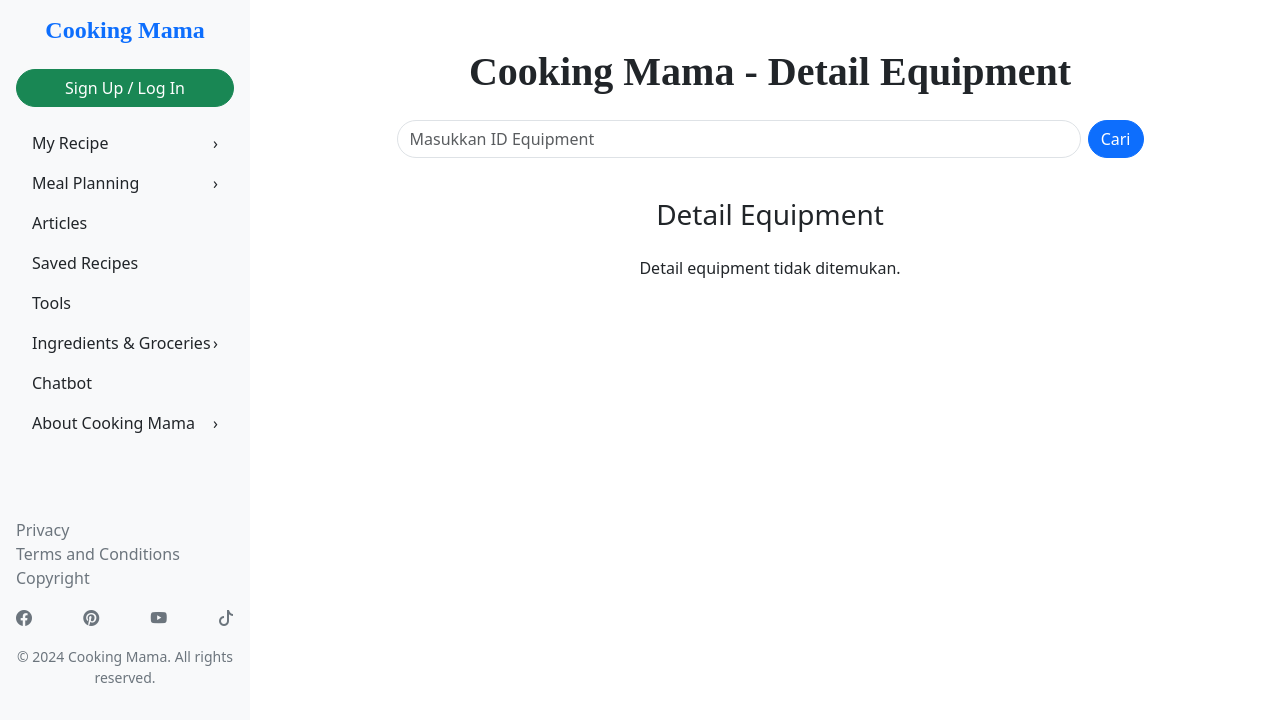
Repository: julius2510/UAS_Frontend_Kelompok10
Page: views/Tools.html
These files come from the project's save history. The page is drawn as it stood at one moment and after a run of saves; the edit follows.
The browser window is 1280 px wide. The pictures show the whole page.
The page's requests for data from a server got no answer.

Above is the page before, as saved 2024-11-28 06:18:52.
Console error: TypeError: Cannot read properties of null (reading 'addEventListener')

### views/Tools.html
<!DOCTYPE html>
<html lang="en">
<head>
  <meta charset="UTF-8">
  <meta name="viewport" content="width=device-width, initial-scale=1.0">
  <title>Tools</title>
  <link href="https://cdn.jsdelivr.net/npm/bootstrap@5.3.0/dist/css/bootstrap.min.css" rel="stylesheet">
  <link href="https://cdn.jsdelivr.net/npm/bootstrap-icons/font/bootstrap-icons.css" rel="stylesheet">
</head>
<body>
  <div class="d-flex">
    <!-- Sidebar Navbar -->
    <nav class="bg-light p-3 d-flex flex-column justify-content-between" style="width: 250px; height: 100vh; position: fixed; top: 0; left: 0; overflow-y: auto;">
      <!-- Header -->
      <div>
        <a href="/" style="text-decoration: none;">
          <h2 class="fs-4 fw-bold text-primary text-center" style="font-family: cursive;">Cooking Mama</h2>
        </a>
        <a href="/loginin" style="text-decoration: none;">
          <button class="btn btn-success w-100 rounded-pill my-3">Sign Up / Log In</button>
        </a>
        <ul class="nav flex-column">
          <!-- Search Recipe -->
          <li class="nav-item">
            <a class="nav-link text-dark" data-bs-toggle="collapse" href="#myRecipe" role="button" aria-expanded="false" aria-controls="myRecipe">
              My Recipe <span class="float-end">&rsaquo;</span>
            </a>
            <div class="collapse" id="myRecipe">
              <ul class="list-unstyled ps-3">
                <li><a href="/addRecipes" class="nav-link text-secondary">Add Recipe</a></li>
                <li><a href="/searchrecipes" class="nav-link text-secondary">Search Recipe</a></li>
              </ul>
            </div>
          </li>
       <!-- Meal Planning -->
       <li class="nav-item">
        <a class="nav-link text-dark" data-bs-toggle="collapse" href="#collapseMealPlanning" role="button" aria-expanded="false" aria-controls="collapseMealPlanning">
          Meal Planning <span class="float-end">&rsaquo;</span>
        </a>
        <div class="collapse" id="collapseMealPlanning">
          <ul class="list-unstyled ps-3">
            <li><a href="/mealPlanDay" class="nav-link text-secondary">Get Meal Plan Day</a></li>
            <li><a href="/mealPlanWeek" class="nav-link text-secondary">Get Meal Plan Week</a></li>
            <li><a href="/generateMeal" class="nav-link text-secondary">Generate a Meal Plan</a></li>
          </ul>
        </div>
      </li>
          <!-- Articles -->
          <li class="nav-item">
            <a href="/article" class="nav-link text-dark">Articles <span class="float-end"></span></a>
          </li>
          <!-- Saved Recipes -->
          <li class="nav-item">
            <a href="/resep" class="nav-link text-dark">Saved Recipes <span class="float-end"></span></a>
          </li>
          <!-- More Tools -->
          <li class="nav-item">
            <a href="/Tools" class="nav-link text-dark">Tools <span class="float-end"></span></a>
          </li>

          <!-- Ingridients and Tools -->
          <li class="nav-item">
            <a class="nav-link text-dark" data-bs-toggle="collapse" href="#IntAndPro" role="button" aria-expanded="false" aria-controls="IntAndPro">
              Ingredients & Groceries <span class="float-end">&rsaquo;</span>
            </a>
            <div class="collapse" id="IntAndPro">
              <ul class="list-unstyled ps-3">
                <li><a href="/searchIngredients" class="nav-link text-secondary">Search Ingredients</a></li>
                <li><a href="/searchProducts" class="nav-link text-secondary">Search Grocery Products</a></li>
              </ul>
            </div>
          </li>

         <!-- Chatbot -->
         <li class="nav-item">
          <a href="/Chatbot" class="nav-link text-dark">Chatbot <span class="float-end"></span></a>
        </li>

          <li class="nav-item">
            <a class="nav-link text-dark" data-bs-toggle="collapse" href="#collapseAbout" role="button" aria-expanded="false" aria-controls="collapseTools">
              About Cooking Mama <span class="float-end">&rsaquo;</span>
            </a>
            <div class="collapse" id="collapseAbout">
              <ul class="list-unstyled ps-3">
                <li><a href="/about#about" class="nav-link text-secondary">About Us</a></li>
                <li><a href="/about#contact" class="nav-link text-secondary">Contact Us</a></li>
                <li><a href="/about#faq" class="nav-link text-secondary">FAQ</a></li>
              </ul>
            </div>
          </li>
        </ul>
      </div>

      <!-- Footer -->
      <div>
        <ul class="list-unstyled">
          <li><a href="#" class="nav-link text-secondary">Privacy</a></li>
          <li><a href="#" class="nav-link text-secondary">Terms and Conditions</a></li>
          <li><a href="#" class="nav-link text-secondary">Copyright</a></li>
        </ul>
        <div class="d-flex justify-content-between mt-3">
          <a href="#" class="text-secondary"><i class="bi bi-facebook"></i></a>
          <a href="#" class="text-secondary"><i class="bi bi-pinterest"></i></a>
          <a href="#" class="text-secondary"><i class="bi bi-youtube"></i></a>
          <a href="#" class="text-secondary"><i class="bi bi-tiktok"></i></a>
        </div>
        <p class="text-secondary mt-3 text-center small">© 2024 Cooking Mama. All rights reserved.</p>
      </div>
    </nav>

    <div class="container mt-5" style="margin-left: 260px;">
        <h1 class="text-center mb-4 fs-1 fw-bold" style="font-family: cursive;">Cooking Mama - Detail Equipment</h1>
        <div class="d-flex justify-content-center">
          <form id="searchEquipmentForm" class="d-flex flex-column w-75">
            <div class="input-group mb-3">
              <input type="number" id="equipmentId" class="form-control me-2 rounded-pill" placeholder="Masukkan ID Equipment">
              <button type="submit" class="btn btn-primary rounded-pill">Cari</button>
            </div>
          </form>
        </div>
        <h3 class="text-center mt-4">Detail Equipment</h3>
        <div id="equipmentResult" class="mt-4 text-center"></div>
      </div>



<script>
const apiKey = '50868189a1fb41c5b8276487a99412ac';
const searchEquipmentForm = document.getElementById('searchEquipmentForm');
const equipmentResultDiv = document.getElementById('equipmentResult');

// Fungsi untuk mendapatkan daftar equipment
async function getDefaultEquipments(number = 6) {
    const apiUrl = `https://api.spoonacular.com/food/products/search?apiKey=${apiKey}&number=${number}`;
    try {
        const response = await fetch(apiUrl);
        const data = await response.json();
        return data.products; // Kembalikan array equipment
    } catch (error) {
        console.error('Error fetching default equipment:', error);
        equipmentResultDiv.innerHTML = `<p class="text-danger">Terjadi kesalahan saat mengambil data default equipment.</p>`;
    }
}

// Fungsi untuk mendapatkan detail equipment berdasarkan ID
async function getEquipmentById(id) {
  const apiUrl = `https://api.spoonacular.com/food/products/${id}?apiKey=${apiKey}`;
  try {
    const response = await fetch(apiUrl);
    if (!response.ok) throw new Error('Equipment tidak ditemukan');
    const data = await response.json();
    return data; // Kembalikan detail equipment
  } catch (error) {
    console.error('Error fetching equipment:', error);
    equipmentResultDiv.innerHTML = `<p class="text-danger">Terjadi kesalahan: ${error.message}</p>`;
  }
}

// Fungsi untuk menampilkan detail equipment
function displayEquipments(equipments) {
    equipmentResultDiv.innerHTML = '';
    if (!equipments || equipments.length === 0) {
        equipmentResultDiv.innerHTML = '<p>Detail equipment tidak ditemukan.</p>';
        return;
    }

  equipmentResultDiv.innerHTML = `
    <div class="card shadow-lg border-0 mx-auto mb-5" style="width: 50%;">
      <img src="${equipment.image}" class="card-img-top" alt="${equipment.title}" style="height: 200px; object-fit: cover;">
      <div class="card-body">
        <h5 class="card-title text-primary fw-bold">${equipment.title || 'Nama Tidak Diketahui'}</h5>
        <p class="text-secondary">ID: ${equipment.id || 'Tidak diketahui'}</p>
        <p class="text-muted">${equipment.description || 'Deskripsi tidak tersedia.'}</p>
        <a href="${equipment.link || '#'}" target="_blank" >

        </a>
      </div>
    </div>
  `;
}

document.addEventListener('DOMContentLoaded', async () => {
    const defaultEquipments = await getDefaultEquipments(6); // Ambil 6 equipment default
    displayEquipments(defaultEquipments);
});

// Event listener untuk form pencarian equipment
searchEquipmentForm.addEventListener('submit', async (e) => {
  e.preventDefault();
  const id = document.getElementById('equipmentId').value;

  if (!id) {
    equipmentResultDiv.innerHTML = '<p class="text-danger">Harap masukkan ID Equipment!</p>';
    return;
  }

  const equipment = await getEquipmentById(id); // Cari berdasarkan ID
  displayEquipment(equipment);
});
    document.addEventListener('DOMContentLoaded', function () {
    // Cek apakah pengguna sudah login
    const user = JSON.parse(localStorage.getItem('user'));
    if (user) {
      updateNavbarForLoggedInUser(user);
    }

    // Tambahkan event listener untuk form login dan signup
    document.getElementById("loginForm").addEventListener("submit", handleFormSubmit);
    document.getElementById("signupForm").addEventListener("submit", handleFormSubmit);
  });

  async function handleFormSubmit(event) {
    event.preventDefault();

    const formData = new FormData(event.target);
    const formType = event.target.id; // loginForm atau signupForm
    const data = Object.fromEntries(formData.entries());
    const formAction = formType === "loginForm"
      ? "http://localhost:3000/login"
      : "http://localhost:3000/signup";

    try {
      const response = await fetch(formAction, {
        method: "POST",
        headers: {
          "Content-Type": "application/json",
        },
        body: JSON.stringify(data),
      });

      if (!response.ok) {
        const error = await response.json();
        alert(error.message || "Terjadi kesalahan");
        return;
      }

      const result = await response.json();
      // Simpan data pengguna ke localStorage
      localStorage.setItem("user", JSON.stringify(result.user));

      // Update navbar dengan informasi pengguna
      updateNavbarForLoggedInUser(result.user);

      // Arahkan ke halaman utama atau profil
      window.location.href = "/";
    } catch (error) {
      alert("Terjadi kesalahan: " + error.message);
    }
  }

  function updateNavbarForLoggedInUser(user) {
    const navbar = document.querySelector("nav");
    const signupLoginButton = navbar.querySelector(".btn");
    const userProfileHtml = `
      <div class="d-flex align-items-center ms-5">
        <i class="bi bi-person-circle fs-3 text-secondary me-2" style="pointer-events: none;"></i>
        <a href="/profile" style="text-decoration: none;">${user.name}</a>
      </div>
    `;
    signupLoginButton.outerHTML = userProfileHtml;
  }

// Menampilkan 9 bahan makanan pertama ketika halaman dimuat
window.addEventListener('load', async () => {
  const Products = await searchProducts('B');
  displayProducts(Products);
});
  </script>
<script src="https://cdn.jsdelivr.net/npm/bootstrap@5.3.0/dist/js/bootstrap.bundle.min.js"></script>
</body>
</html>

After the next 6 saves:
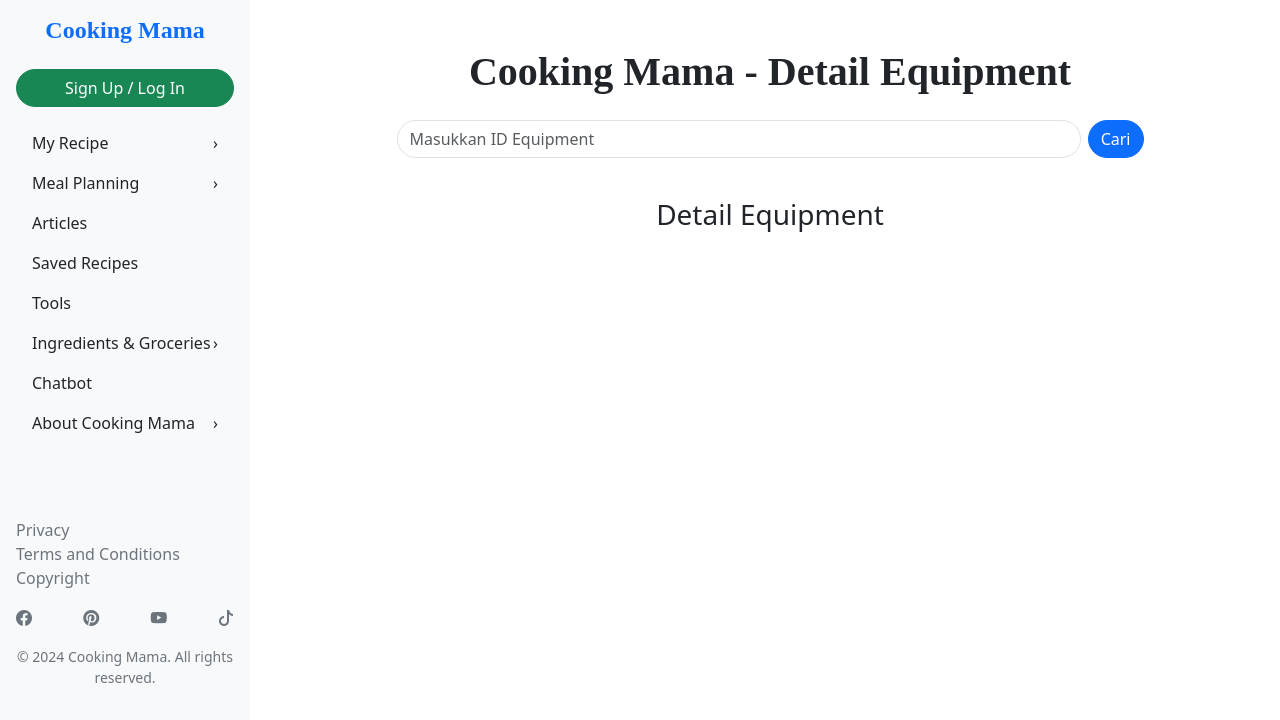
The 6 saves are shown as one change because they came seconds apart.
The last was saved 18 s later.
--- a/views/Tools.html
+++ b/views/Tools.html
@@ -129,19 +129,6 @@
 const searchEquipmentForm = document.getElementById('searchEquipmentForm');
 const equipmentResultDiv = document.getElementById('equipmentResult');
 
-// Fungsi untuk mendapatkan daftar equipment
-async function getDefaultEquipments(number = 6) {
-    const apiUrl = `https://api.spoonacular.com/food/products/search?apiKey=${apiKey}&number=${number}`;
-    try {
-        const response = await fetch(apiUrl);
-        const data = await response.json();
-        return data.products; // Kembalikan array equipment
-    } catch (error) {
-        console.error('Error fetching default equipment:', error);
-        equipmentResultDiv.innerHTML = `<p class="text-danger">Terjadi kesalahan saat mengambil data default equipment.</p>`;
-    }
-}
-
 // Fungsi untuk mendapatkan detail equipment berdasarkan ID
 async function getEquipmentById(id) {
   const apiUrl = `https://api.spoonacular.com/food/products/${id}?apiKey=${apiKey}`;
@@ -157,12 +144,11 @@
 }
 
 // Fungsi untuk menampilkan detail equipment
-function displayEquipments(equipments) {
-    equipmentResultDiv.innerHTML = '';
-    if (!equipments || equipments.length === 0) {
-        equipmentResultDiv.innerHTML = '<p>Detail equipment tidak ditemukan.</p>';
-        return;
-    }
+function displayEquipment(equipment) {
+  if (!equipment) {
+    equipmentResultDiv.innerHTML = '<p>Detail equipment tidak ditemukan.</p>';
+    return;
+  }
 
   equipmentResultDiv.innerHTML = `
     <div class="card shadow-lg border-0 mx-auto mb-5" style="width: 50%;">
@@ -178,11 +164,6 @@
     </div>
   `;
 }
-
-document.addEventListener('DOMContentLoaded', async () => {
-    const defaultEquipments = await getDefaultEquipments(6); // Ambil 6 equipment default
-    displayEquipments(defaultEquipments);
-});
 
 // Event listener untuk form pencarian equipment
 searchEquipmentForm.addEventListener('submit', async (e) => {
